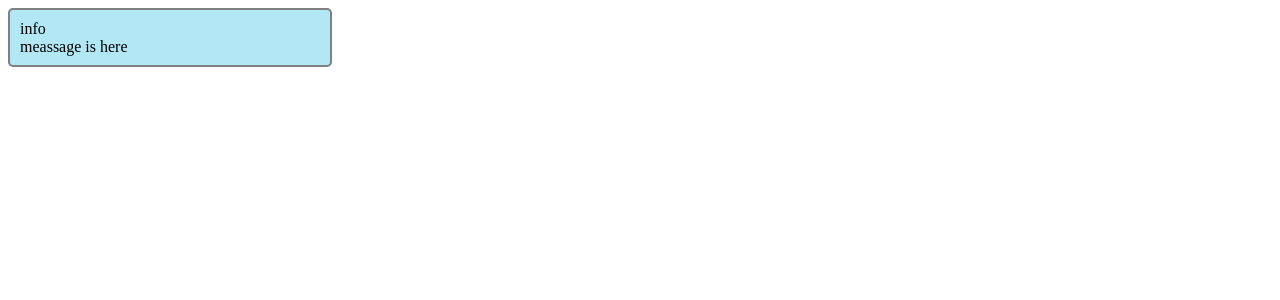
Repository: Fariaddd/javascript-1-module-3
Page: lesson2/6-reusable-html-function/index.html
An editor plug-in stored every save of this project. The page is shown before and after the next save, followed by the edit.
The browser window is 1280 px wide. The pictures show the whole page.

Above is the page before, as saved 2022-02-08 13:57:57.

### lesson2/6-reusable-html-function/index.html
<!DOCTYPE html>
<html lang="en">
  <head>
    <meta charset="UTF-8" />
    <meta name="viewport" content="width=device-width, initial-scale=1.0" />
    <meta http-equiv="X-UA-Compatible" content="ie=edge" />
    <title></title>
    <script src="./handles/toostermessage.js" defer></script>
    <script src="./index.js" defer></script>
    <style>
      .toaster {
        height: 35px;
        width: 300px;
        display: flex;
        justify-content: flex-start;
        color: black;
        padding: 10px;
        border: 2px solid gray;
        border-radius: 5px;
        flex-direction: column;
      }
      .success {
        background-color: forestgreen;
      }

      .info {
        background-color: #b2e7f5;
      }

      .warning {
        background-color: #efb7b8;
      }
    </style>
  </head>
  <body>
    <div class="container"></div>
    <div class="message-container"></div>
  </body>
</html>

### lesson2/6-reusable-html-function/handles/toostermessage.js
function createToster(type = "", message = "") {
    const html = `<div class="toaster ${type}">
                        <span>${type}</span>
                        <span>${message}</span>
                        </div>`;
    return html;


}

### lesson2/6-reusable-html-function/index.js
const messageContainer = document.querySelector(".message-container");

messageContainer.innerHTML = createToster("info", "meassage is here")

After the next save:
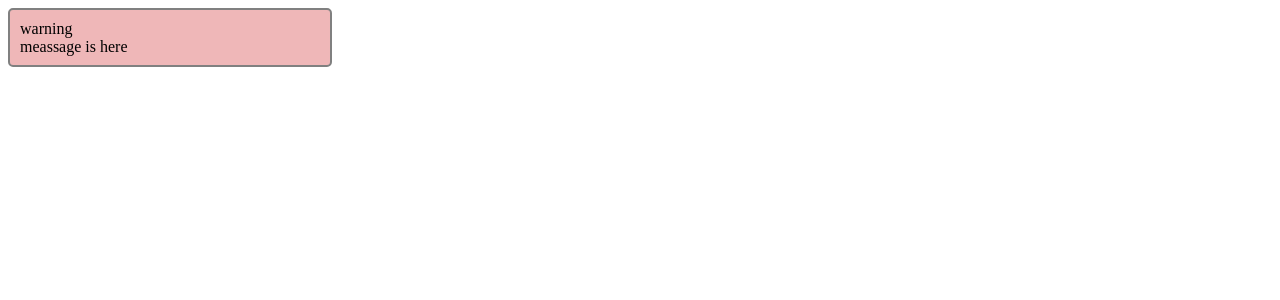
Saved 6 s later.
--- a/lesson2/6-reusable-html-function/index.js
+++ b/lesson2/6-reusable-html-function/index.js
@@ -1,3 +1,3 @@
 const messageContainer = document.querySelector(".message-container");
 
-messageContainer.innerHTML = createToster("info", "meassage is here")
+messageContainer.innerHTML = createToster("warning", "meassage is here")
